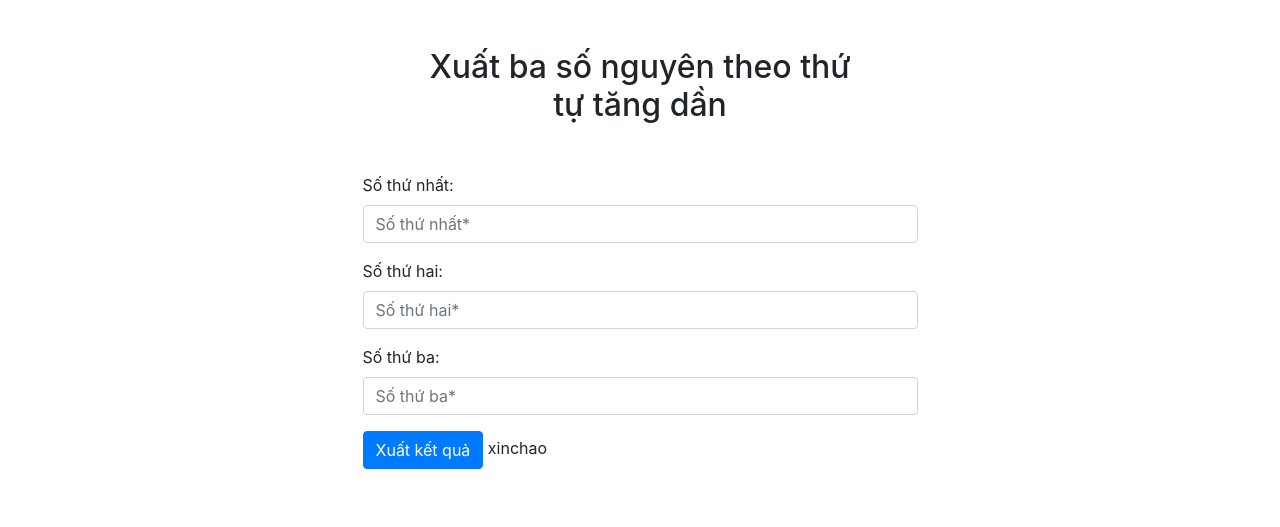
Repository: dovanthao2404/BC14_BaiTap_JS_Buoi_4_dovanthao
Page: html/bai1.html
These files come from the project's save history. The page is drawn as it stood at one moment and after the next save; the edit follows.
The browser window is 1280 px wide. The pictures show the whole page.

Above is the page before, as saved 2021-07-02 00:31:54.

After the next save:
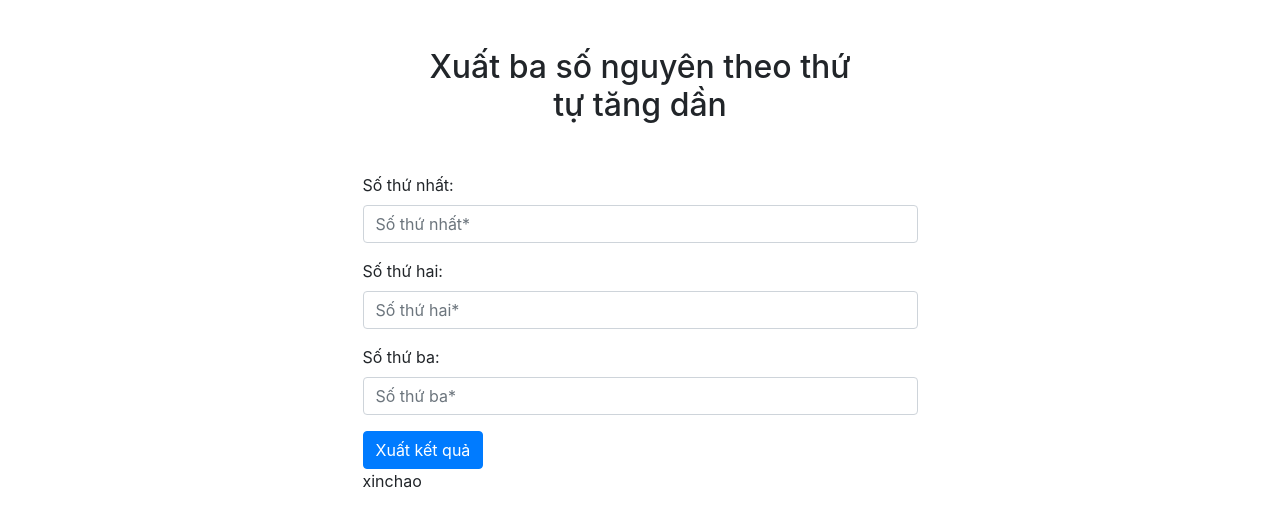
Saved 6 s later.
--- a/html/bai1.html
+++ b/html/bai1.html
@@ -29,9 +29,9 @@
         <input type="text" name="" id="number-3" class="form-control" placeholder="Số thứ ba*">
       </div>
       <button type="button" class="btn btn-primary">Xuất kết quả</button>
-      <span id="thongBaoKetqua">
+      <p id="thongBaoKetqua">
         xinchao
-      </span>
+      </p>
     </form>
 
   </div>
